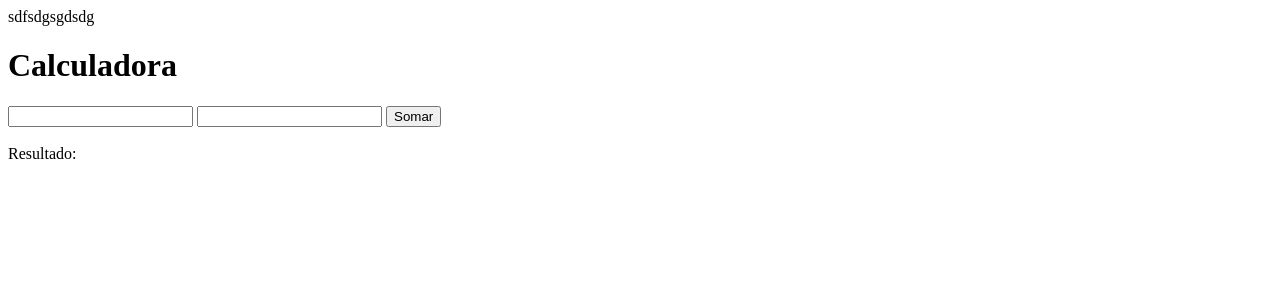
Repository: MilenaMelo/test-calculator-selenium
Page: calculadora.html
An editor plug-in stored every save of this project. The page is shown before and after the next save, followed by the edit.
The browser window is 1280 px wide. The pictures show the whole page.

Above is the page before, as saved 2021-04-30 14:51:17.

After the next save:
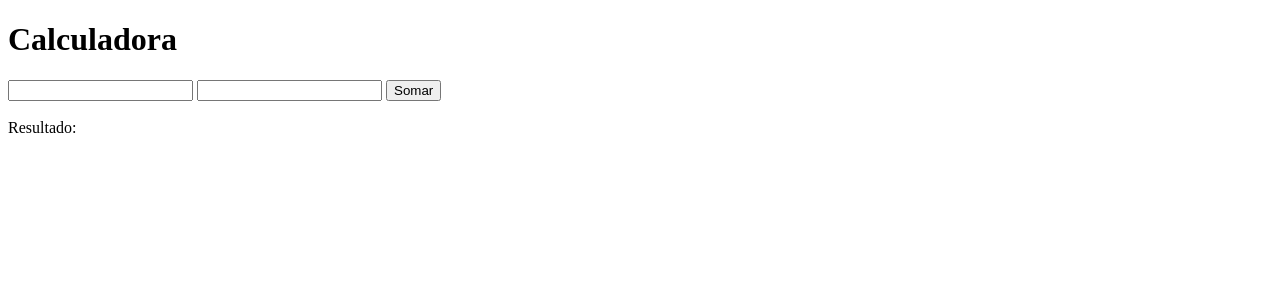
Saved 6 s later.
--- a/calculadora.html
+++ b/calculadora.html
@@ -6,7 +6,6 @@
         <title>Calculator</title>
     </head>
     <body>
-        sdfsdgsgdsdg
         <h1>Calculadora</h1>
         <input type='number' id="one" name="one" value=''>
         <input type='number' id="two" name="two" value=''>
